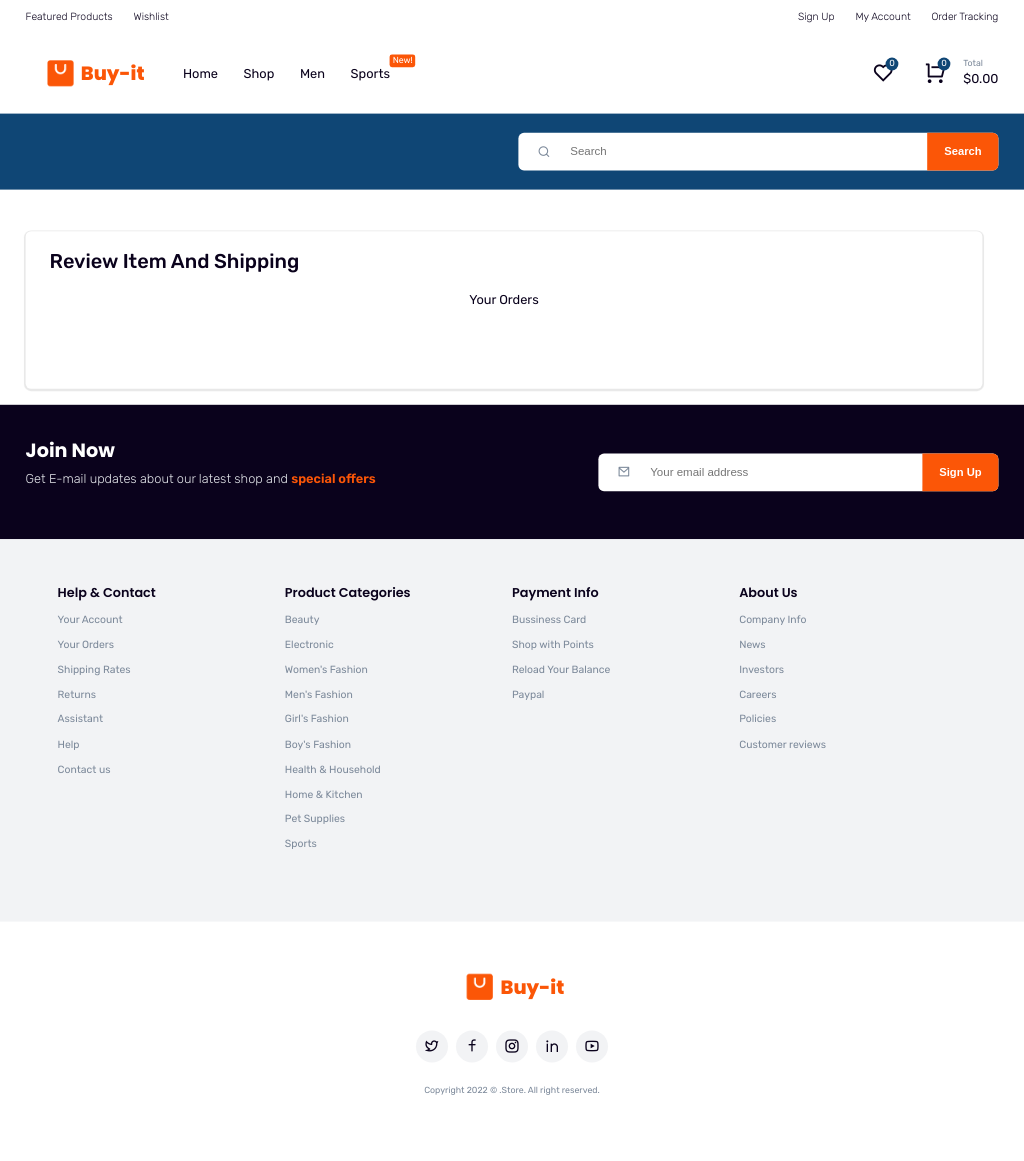
Repository: rahimmenadi/projectx
Page: src/html/ordertrack.html
The author's editor kept a copy of each file at every save. The page is drawn from the files as they stood at one save, then again after the next save.
The browser window is 1280 px wide. The pictures show the whole page, at 80% of full size.
The page's requests for data from a server got no answer.

Above is the page before, as saved 2023-06-06 23:38:13.

### src/html/ordertrack.html
<!DOCTYPE html>
<html lang="en">
<head>
    <meta charset="UTF-8">
    <meta http-equiv="X-UA-Compatible" content="IE=edge">
    <meta name="viewport" content="width=device-width, initial-scale=1.0">
    <title>Product details</title>
    <link rel="stylesheet" href="../css/cart.css">
    <link href="https://cdn.jsdelivr.net/npm/remixicon@2.5.0/fonts/remixicon.css" rel="stylesheet">
    <link rel="stylesheet" href="https://cdn.jsdelivr.net/npm/swiper@8/swiper-bundle.min.css">
</head>
<body>
    <div id="page" class="site page-single">
        <aside class="site-off desktop-hide">
            <div class="off-canvas">
                <div class="canvas-head flexitem">
                    <div class="logo"><a href="./home.html"><img src="./assets/banner/logo54 1.png" alt=""></span>Buy-it</a></div>
                    <a href="#" class="t-close flexcenter"><i class="ri-close-line"></i></a>
                </div>
                <div class="departments"></div>
                <nav></nav>
                <div class="thetop-nav"></div>
            </div>
        </aside>
        <header>
            <div class="header-top mobile-hide">
                <div class="container">
                    <div class="wrapper flexitem">
                        <div class="left">
                            <ul class="flexitem main-links">

                                <li><a href="#">Featured Products</a></li>
                                <li><a href="#">Wishlist</a></li>
                            </ul>
                        </div>
                        <div class="right">
                            <ul class="flexitem main-links">
                                <li id="sign-up-home"><a href="#">Sign Up</a></li>
                                <li id="my-account-home"><a href="#">My Account</a></li>
                                <li><a href="#">Order Tracking</a></li>

                                </li>


                                </li>
                            </ul>
                        </div>
                    </div>
                </div>
            </div>
            <!-- header-top -->
            <div class="header-nav">
                <div class="container">
                    <div class="wrapper flexitem">
                        <a href="#" class="trigger desktop-hide"><span class="i ri-menu-2-line"></span></a>
                        <div class="left flexitem">
                            <div class="logo"><a href="./home.html"><img src="./assets/banner/logo54 1.png" alt=""></span>Buy-it</a></div>
                            <nav class="mobile-hide">
                                <ul class="flexitem second-links">
                                    <li><a href="./home.html">Home</a></li>
                                    <li><a href="#">Shop</a></li>

                                    <li><a href="#">Men</a></li>
                                    <li>
                                        <a href="#">Sports
                                            <div class="fly-item"><span>New!</span></div>
                                        </a>
                                    </li>
                                </ul>
                            </nav>
                        </div>
                        <div class="right">
                            <ul class="flexitem second-links">
                                <li id="wish-list-icon-home" class="mobile-hide"><a href="src/html/wishlist.html">
                                        <div class="icon-large"><i class="ri-heart-line"></i></div>
                                        <div class="fly-item"><span id="wishlist-number" class="item-number">0</span></div>
                                    </a></li>
                                <li><a  href="src/html/cart.html" class="iscart">

                                        <div class="icon-large">
                                            <i class="ri-shopping-cart-line"></i>
                                            <div class="fly-item"><span id="cart-number" class="item-number">0</span></div>
                                        </div>

                                        <div id="total-is-js" class="icon-text">

                                            <div class="mini-text">Total</div>
                                            <div id="total-cart-home" class="cart-total">$0.00</div>
                                        </div>
                                    </a></li>
                            </ul>
                        </div>
                    </div>
                </div>
            </div>
            <!-- header-nav -->

            <div class="header-main mobile-hide">
                <div class="container">
                    <div class="wrapper flexitem">
                        <div class="left">
                            <div id="categories-container" class="dpt-cat">

                            </div>
                        </div>
                        <div class="right">
                            <div class="search-box">
                                <form action="" id="myform" class="search">
                                    <span class="icon-large"><i class="ri-search-line"></i></span>
                                    <input id="searchis" type="search" placeholder="Search">
                                    <button id="search-btn" type="submit">Search</button>
                                </form>
                            </div>
                        </div>
                    </div>
                </div>
            </div>
            <!-- header-main -->

        </header>
        <!-- Header -->
        <main>
            <div class="panier-main">
                <div class="container">
                    <div class="section-all">
                        <div class="product-section">
                            <div class="main-text">Review Item And Shipping</div>
                        </header>
                        <div class="product-vertical">
                          <div class="container">
                            <div class="text-topper">Your Orders

                            </div>


                          </div>
                        </div>
                            <div class="container" id="select-choice">
                                <div id="choice-1">

                                    <table class="product-table">
                                        <thead id="table-head-content">

                                        </thead>
                                        <tbody id="table-content-js">



                                        </tbody>
                                    </table>
                            </div>
                            <div id="choice-2">
                                <div class="section2">

                                    <div class="container" id="product-container-dash">



                                                            </div>
                                </div>
                            </div>
                            </div>
                        </div>
                        </div>

                    </div>

                </div>
            </div>
        </main>
        <!-- Main -->

        <footer>
            <div class="newsletter">
                <div class="container">
                    <div class="wrapper">
                        <div class="box">
                            <div class="content">
                                <h3>Join Now</h3>
                                <p>Get E-mail updates about our latest shop and <strong>special offers</strong></p>
                            </div>
                            <form action="" class="search">
                                <span class="icon-large"><i class="ri-mail-line"></i></span>
                                <input type="mail" placeholder="Your email address" required>
                                <button type="submit">Sign Up</button>
                            </form>
                        </div>
                    </div>
                </div>
            </div>
            <!-- newsletter -->

            <div class="widgets">
                <div class="container">
                    <div class="wrapper">
                        <div class="flexwrap">
                            <div class="row">
                                <div class="item mini-links">
                                    <h4>Help & Contact</h4>
                                    <ul class="flexcol">
                                        <li><a href="#">Your Account</a></li>
                                        <li><a href="#">Your Orders</a></li>
                                        <li><a href="#">Shipping Rates</a></li>
                                        <li><a href="#">Returns</a></li>
                                        <li><a href="#">Assistant</a></li>
                                        <li><a href="#">Help</a></li>
                                        <li><a href="#">Contact us</a></li>
                                    </ul>
                                </div>
                            </div>
                            <div class="row">
                                <div class="item mini-links">
                                    <h4>Product Categories</h4>
                                    <ul class="flexcol">
                                        <li><a href="#">Beauty</a></li>
                                        <li><a href="#">Electronic</a></li>
                                        <li><a href="#">Women's Fashion</a></li>
                                        <li><a href="#">Men's Fashion</a></li>
                                        <li><a href="#">Girl's Fashion</a></li>
                                        <li><a href="#">Boy's Fashion</a></li>
                                        <li><a href="#">Health & Household</a></li>
                                        <li><a href="#">Home & Kitchen</a></li>
                                        <li><a href="#">Pet Supplies</a></li>
                                        <li><a href="#">Sports</a></li>
                                    </ul>
                                </div>
                            </div>
                            <div class="row">
                                <div class="item mini-links">
                                    <h4>Payment Info</h4>
                                    <ul class="flexcol">
                                        <li><a href="#">Bussiness Card</a></li>
                                        <li><a href="#">Shop with Points</a></li>
                                        <li><a href="#">Reload Your Balance</a></li>
                                        <li><a href="#">Paypal</a></li>
                                    </ul>
                                </div>
                            </div>
                            <div class="row">
                                <div class="item mini-links">
                                    <h4>About Us</h4>
                                    <ul class="flexcol">
                                        <li><a href="">Company Info</a></li>
                                        <li><a href="">News</a></li>
                                        <li><a href="">Investors</a></li>
                                        <li><a href="">Careers</a></li>
                                        <li><a href="">Policies</a></li>
                                        <li><a href="">Customer reviews</a></li>
                                    </ul>
                                </div>
                            </div>
                        </div>
                    </div>
                </div>
            </div>
            <!-- widgets-->

            <div class="footer-info">
                <div class="container">
                    <div class="wrapper">
                        <div class="flexcol">
                            <div class="logo">
                                <a href="./home.html"><img src="./assets/banner/logo54 1.png" alt=""></span>Buy-it</a>
                            </div>
                            <div class="socials">
                                <ul class="flexitem">
                                    <li><a href="#"><i class="ri-twitter-line"></i></a></li>
                                    <li><a href="#"><i class="ri-facebook-line"></i></a></li>
                                    <li><a href="#"><i class="ri-instagram-line"></i></a></li>
                                    <li><a href="#"><i class="ri-linkedin-line"></i></a></li>
                                    <li><a href="#"><i class="ri-youtube-line"></i></a></li>
                                </ul>
                            </div>
                        </div>
                        <p class="mini-text">Copyright 2022 © .Store. All right reserved.</p>
                    </div>
                </div>
            </div>
        </footer>
        <!-- Footer -->

        <div class="menu-bottom desktop-hide">
            <div class="container">
                <div class="wrapper">
                    <nav>
                        <ul class="flexitem">
                            <li>
                                <a href="#">
                                    <i class="ri-bar-chart-line"></i>
                                    <span>Trending</span>
                                </a>
                            </li>
                            <li>
                                <a href="#">
                                    <i class="ri-user-6-line"></i>
                                    <span>Account</span>
                                </a>
                            </li>
                            <li>
                                <a href="#">
                                    <i class="ri-heart-line"></i>
                                    <span>Wishlist</span>
                                </a>
                            </li>
                            <li>
                                <a href="#0" class="t-search">
                                    <i class="ri-search-line"></i>
                                    <span>Search</span>
                                </a>
                            </li>
                            <li>
                                <a href="#0">
                                    <i class="ri-shopping-cart-line"></i>
                                    <span>Cart</span>
                                    <div class="fly-item">
                                        <span class="item-number" id="cart-number-one">0</span>
                                    </div>
                                </a>
                            </li>
                        </ul>
                    </nav>
                </div>
            </div>
        </div>
        <!-- menu bottom -->

        <div class="search-bottom desktop-hide">
            <div class="container">
                <div class="wrapper">
                    <form id="myformone" class="search">
                        <a href="#" class="t-close search-close flexcenter"><i class="ri-close-line"></i></a>

                            <span class="icon-large"><i class="ri-search-line"></i></span>
                            <input id="searchisis" type="search" placeholder="Search for products">
                            <button onclick="searchclick()"  id="searchis-btn" type="submit">Search</button>

                    </form>
                </div>
            </div>
        </div>
        <!-- search bottom -->

        <div class="overlay"></div>
    </div>
    <script src="https://cdn.jsdelivr.net/npm/swiper@8/swiper-bundle.min.js"></script>
    <script src="https://cdnjs.cloudflare.com/ajax/libs/fslightbox/3.3.1/index.js"></script>
    <script src="https://cdn.jsdelivr.net/npm/axios/dist/axios.min.js"></script>
    <script src="https://unpkg.com/axios/dist/axios.min.js"></script>
</body>
<script src="https://cdn.jsdelivr.net/npm/axios/dist/axios.min.js"></script>
<script src="https://unpkg.com/axios/dist/axios.min.js"></script>


<script src="https://code.jquery.com/jquery-3.6.0.min.js"></script>

<script>

const token = localStorage.getItem("sellertoken")
console.log(token);

let productList = [];
function sendProductId(k){
    localStorage.setItem('orderIdSeller',orderslist[k]._id);

    window.location.assign('..//html/deliveyafect.html');
}
//display product
function displayorders(ordering){
    if(ordering=="asc"){
        console.log("shit")
        let table='';
        for (let i=0 ; i < orderslist.length; i++) {
            table = table +`
            <div onclick="sendProductId(${i})" class="items">
                <div class="img img1">
                    <img
                        src="${orderslist[i].cartItems[0].product.imageCover}"
                        alt=""
                    />
                </div>
                <div class="name">${orderslist[i].cartItems[0].product.title}</div>
                <div class="info">
                ${orderslist[i].createdAt}
                </div>
                <div class="foot-items">
                    <div class="prices">
                        <div class="price">${orderslist[i].totalOrderPrice}.99 USD</div>
                        <div class="price">City: ${orderslist[i].shippingAddress.city}</div>
                        <div class="price">Name: ${orderslist[i].shippingAddress.firstName} ${orderslist[i].shippingAddress.lastName}</div>
                        <div class="price">Phone: ${orderslist[i].shippingAddress.phone}</div>



                    </div>

                </div>

            </div>
            `;

        document.getElementById('product-container-dash').innerHTML = table;

        }



    }else if(ordering=="des"){
        console.log("hi in tow")
        let table='';
        for (let i=0 ; i < orderslist.length; i++) {
            table = `
            <div class="items">
                <div class="img img1">
                    <img
                        src="${orderslist[i].cartItems[0].product.imageCover}"
                        alt=""
                    />
                </div>
                <div class="name">${orderslist[i].title}</div>
                <div class="info">
                ${orderslist[i].description} lkdfsjlfddsafsdfadfasdfasdsdfsd
                </div>
                <div class="foot-items">
                    <div class="prices">
                        <div class="price">${orderslist[i].priceAfterDiscount}.99 USD</div>
                        <div class="old-price">${orderslist[i].totalOrderPrice} USD</div>
                    </div>
                    <div class="review">
                        <div class="review-is">${orderslist[i].ratingAverage}</div>
                        <img class="start-img" src="/star.png" alt="">

                    </div>
                </div>

            </div>
            ` + table;

        document.getElementById('product-container-dash').innerHTML = table;

        }



    }


}

//topper



// Define the Product class
// class Product {
//     constructor(name, category, review, link, img, description, quantity, price, oldPrice) {
//       this.name = name;
//       this.category = category;
//       this.review = review;
//       this.link = link;
//       this.img = img;
//       this.description = description;
//       this.quantity = quantity;
//       this.price = price;
//       this.oldPrice = oldPrice;
//     }
//   }



  axios.get('https://buy-it-sigma.herokuapp.com/api/v1/orders', {
    headers: {
        Authorization: `Bearer ${token}`
      }})
  .then(response => {
    orderslist = response.data.data;

console.log(response.data.data)
    displayorders("asc");
  })
  .catch(error => {
    console.log(error)
  });


// console.log(productList)

{/* <div class="items">
                                <div class="img img1">
                                    <img
                                        src="https://images.pexels.com/photos/1464625/pexels-photo-1464625.jpeg?auto=compress&cs=tinysrgb&dpr=2&h=650&w=940"
                                        alt=""
                                    />
                                </div>
                                <div class="name">SHOES</div>
                                <div class="info">
                                    Lorem ipsum dolor sit amet consectetur.sdfsdfasd sadf adsf ads fa dsf asd dasfk;k; ;ok;lk;jljlhkjh kjhk hk hk jh kjh kjhk jh
                                </div>
                                <div class="price">48 USD</div>
                                <div class="old-price">55 USD</div>
                                <div class="review">
                                    <div class="review-is">4.8</div>
                                    <img class="start-img" src="star.png" alt="">

                                </div>

                            </div> */}

</script>
</html>

Loaded but not shown: src/css/cart.css (4354 lines, source omitted)

After the next save:
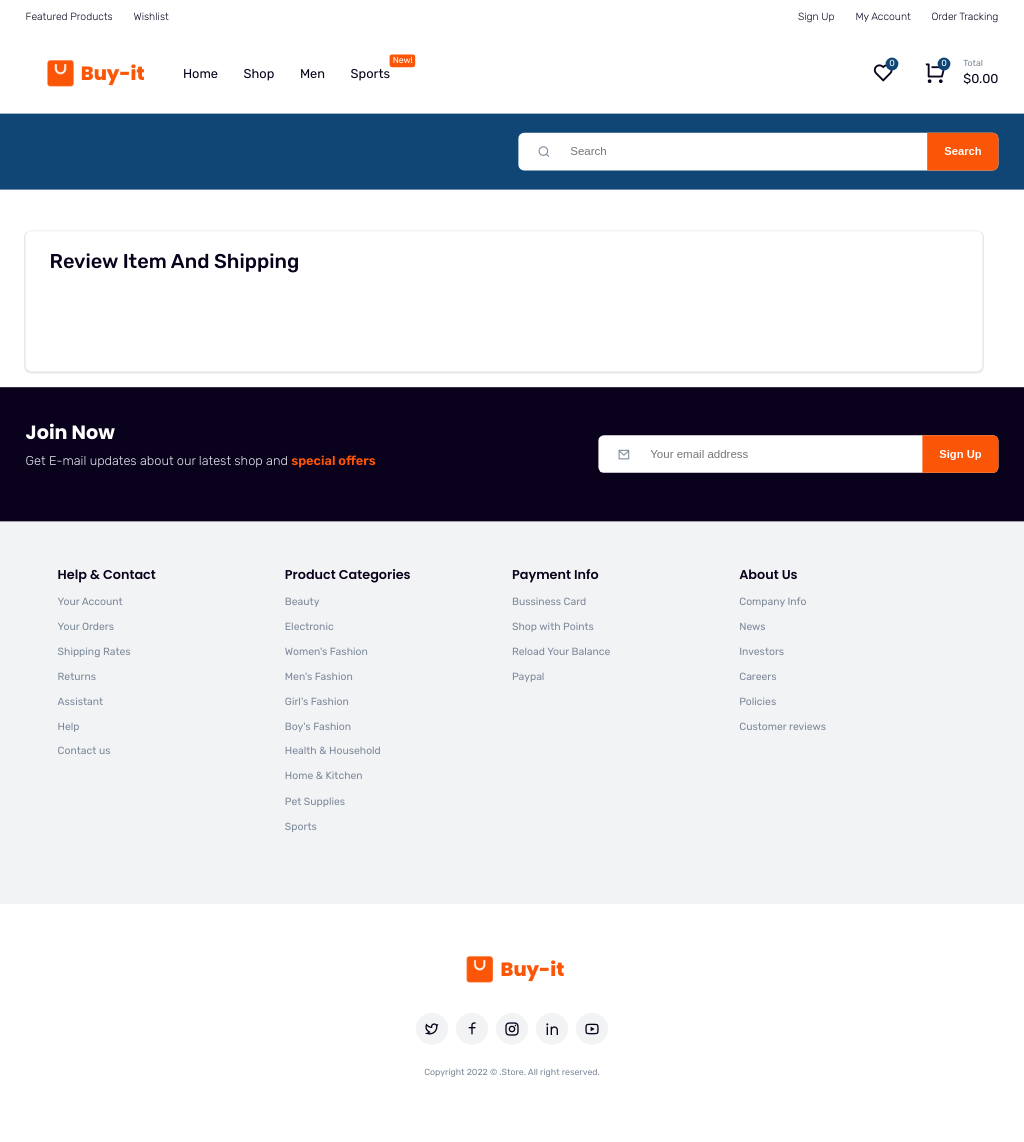
Saved 13 min 15 s later.
--- a/src/html/ordertrack.html
+++ b/src/html/ordertrack.html
@@ -128,9 +128,7 @@
                         </header>
                         <div class="product-vertical">
                           <div class="container">
-                            <div class="text-topper">Your Orders
-
-                            </div>
+
 
 
                           </div>
